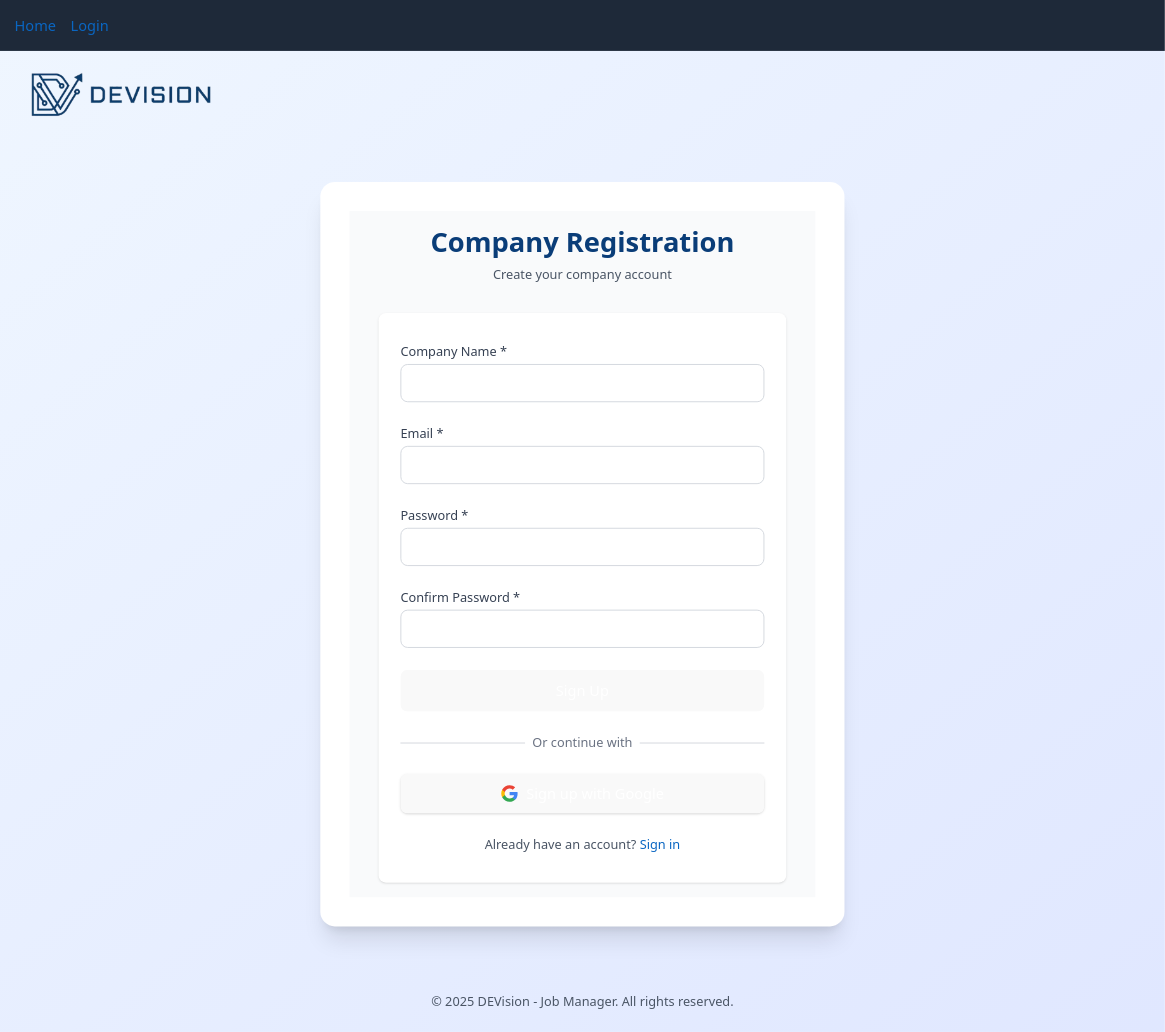
Repository: ISYS3461-2025C-Mulan-DEVision/JobManager_FE
Page: /register
An editor plug-in stored every save of this project. The page is shown before and after the next save, followed by the edit.
The browser window is 1280 px wide. The pictures show the whole page, at 91% of full size.
The project was rebuilt for these pictures with package versions that can differ from the ones it lists, and the page was loaded fresh each time. Also part of the build but not shown: vite.config.js, src/pages/Home.tsx, src/components/headless/Table/Table.tsx, src/components/headless/Modal/Modal.tsx, src/components/ui/Card/Card.tsx, src/components/ui/Spinner/Spinner.tsx, src/components/ui/Alert/Alert.tsx, src/components/feature/Authentication/CompanyLogin/CompanyLoginForm.tsx and 4 more.

Above is the page before, as saved 2025-12-12 14:42:18.

After the next save:
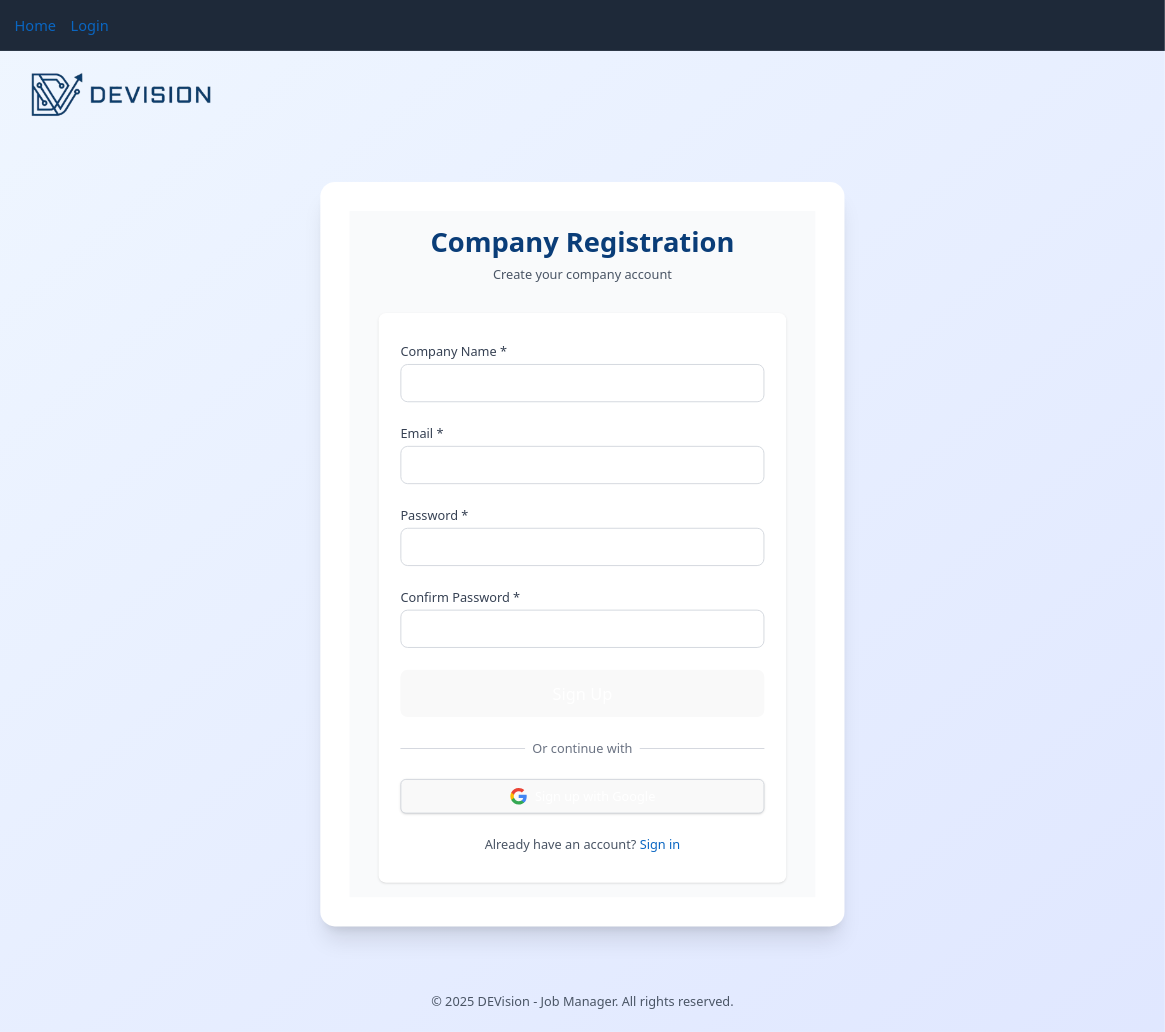
Saved 110 s later.
--- a/src/index.css
+++ b/src/index.css
@@ -42,14 +42,14 @@
     font-weight: 700;
 }
 
-button {
+/* button {
     border-radius: 8px;
     border: 1px solid transparent;
     padding: 0.6em 1.2em;
     font-size: 1em;
     font-weight: 500;
     font-family: inherit;
-    /* background-color: #1a1a1a; */
+    background-color: #1a1a1a;
     cursor: pointer;
     transition: border-color 0.25s;
 }
@@ -59,7 +59,7 @@
 button:focus,
 button:focus-visible {
     outline: 4px auto -webkit-focus-ring-color;
-}
+} */
 
 @media (prefers-color-scheme: light) {
     :root {

After the 3 saves that followed:
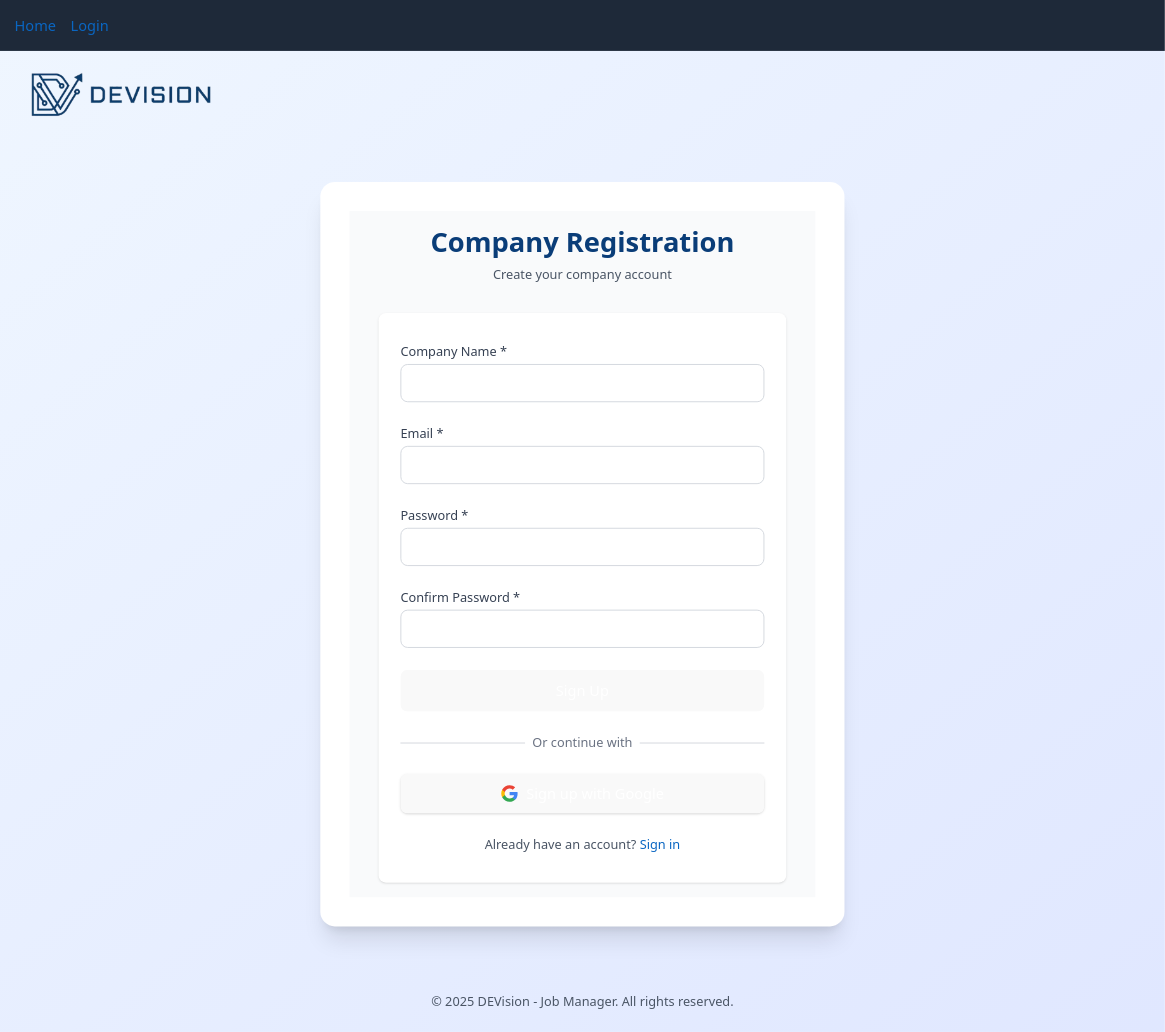
The 3 saves are shown as one change because 2 left the picture as it was.
The last was saved 3 min 27 s later.
--- a/src/index.css
+++ b/src/index.css
@@ -4,6 +4,7 @@
   --color-heading: #0A3D78;
   --color-dark-blue: #1E293B;
   --color-background-color: #F8FAFC;
+  --color-filled-button: #0A3D78;
 }
 
 :root {
@@ -42,6 +43,18 @@
     font-weight: 700;
 }
 
+button {
+    border-radius: 8px;
+    border: 1px solid transparent;
+    padding: 0.6em 1.2em;
+    font-size: 1em;
+    font-weight: 500;
+    font-family: inherit;
+    cursor: pointer;
+    transition: border-color 0.25s;
+}
+
+
 /* button {
     border-radius: 8px;
     border: 1px solid transparent;
